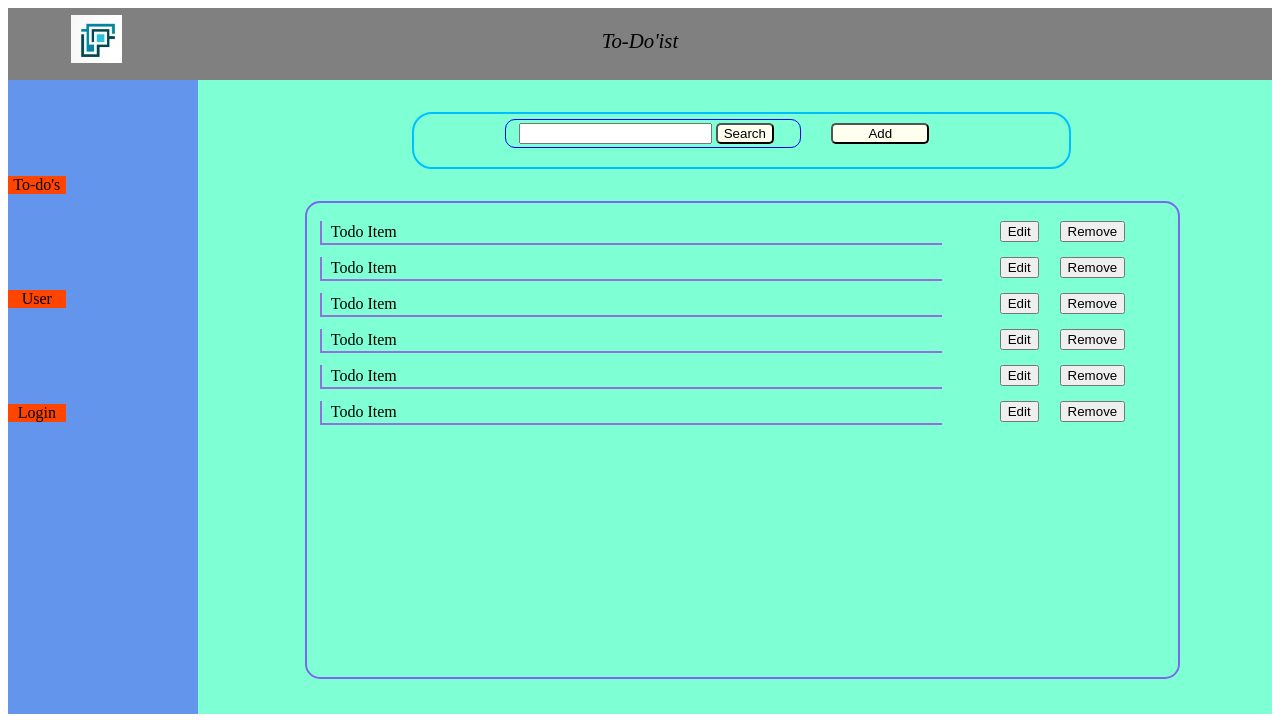
Repository: tavisca-pkadam/Todo-Website
Page: home.html
The author's editor kept a copy of each file at every save. The page is drawn from the files as they stood at one save, then again after a run of saves.
The browser window is 1280 px wide. The pictures show the whole page.

Above is the page before, as saved 2019-08-20 08:43:53.

### home.html
<!DOCTYPE html>
<html>
  <head>
    <meta charset="utf-8" />
    <meta http-equiv="X-UA-Compatible" content="IE=edge" />
    <title>Page Title</title>
    <meta name="viewport" content="width=device-width, initial-scale=1" />
    <link rel="stylesheet" type="text/css" media="screen" href="main.css" />

    <link rel="import" href="components/header.html" />

    <!-- <script src='main.js'></script> -->
  </head>
  <body>
    <div id="head" class="header">
      <img id="company_logo" src="src/logo.jpg" width="5%" />
      <p id="todo_header"><i>To-Do'ist</i></p>
    </div>


    <div id="side_nav">
      <div id="side_todo"  class="side_btn">
        To-do's
      </div>
      <div id="side_user" class="side_btn">
        User
      </div>
      <div id="side_login" class="side_btn">
        Login
      </div>
    </div>
    <div id="todo_content">
        <div id="todo_content_head">
            <div id="todo_content_search">
                <input type="text" style="padding-right:10px">
                <button class="search_button">Search</button>
            </div>
            <button id="todo_content_add" class="search_button">Add</button>
        </div>
        <div id="todo_list">
            <div class="todo_item">
                <div class="todo_detail">
                        Todo Item
                </div>
                <button class="todo_edit_btn">Edit</button>
                <button>Remove</button>
            </div>
            <div class="todo_item">
                <div class="todo_detail">
                        Todo Item
                </div>
                <button class="todo_edit_btn">Edit</button>
                <button>Remove</button>
            </div>
            <div class="todo_item">
                <div class="todo_detail">
                        Todo Item
                </div>
                <button class="todo_edit_btn">Edit</button>
                <button>Remove</button>
            </div>
            <div class="todo_item">
                <div class="todo_detail">
                        Todo Item
                </div>
                <button class="todo_edit_btn">Edit</button>
                <button>Remove</button>
            </div>
            <div class="todo_item">
                <div class="todo_detail">
                        Todo Item
                </div>
                <button class="todo_edit_btn">Edit</button>
                <button>Remove</button>
            </div>
            <div class="todo_item">
                <div class="todo_detail">
                        Todo Item
                </div>
                <button class="todo_edit_btn">Edit</button>
                <button>Remove</button>
            </div>
        </div>
    </div>
  </body>
</html>

### main.css
.header {
    background-color:gray;
    position: relative;
    width: 100%;
    height: 10vh;
}

#company_logo {
    position: absolute;
    left: 5%;
    width: 4%;
    margin-top: 1vh;
}

#todo_header {
    font-size: 1.3em;
    font-style: oblique;
    font-stretch: expanded;
    position: absolute;
    width: 100%;
    text-align: center;
    /* right: 45%; */
}

#side_nav {
    position: fixed;
    width: 15%;
    background-color: cornflowerblue;
    height: 88vh;
}

.side_btn {
    text-align: center;
    width: 30%;
    position: relative;
    background-color: orangered;
    margin-top: 50%;
    font-size:
}


#todo_content {
    position: relative;
    left: 15%;
    width:85%;
    background-color: aquamarine;
    height: 88vh;
}

#todo_content_head {
    border: 1px;
    position: relative;
    /* background-color: deepskyblue; */
    padding: 5px;
    width: 60%;
    height: 6vh;
    border-radius: 20px;
    left: 20%;
    top: 5%;

    border-width: 2px;
    border-style: solid;
    border-color: deepskyblue;
}

.search_button{
    text-align: center;
    background-color: ivory;
    border-radius: 5px;
}

#todo_content_search{
    position: absolute;
    /* background-color: darksalmon; */
    padding: 0.5%;
    margin-left:4%;
    padding-left: 2%;
    padding-right: 4%;
    left: 5vw;
    border-radius: 10px;
    border-width: 1px;
    border-style: solid;
    border-color: blue;

}
#todo_content_add {
    position: absolute;
    background-color: ivory;
    left: 30vw;
    /* top: 10px; */
    width: 15%;
    margin: 4px;
    margin-left: 5%;
}


#todo_list {
    /* background-color: mediumslateblue; */
    position: relative;
    width: 80%;
    left: 10%;
    top: 10%;
    height: 65vh;
    border-radius: 15px;
    padding:3px;
    padding-left: 8px;


    border-width: 2px;
    border-style: solid;
    border-color: mediumslateblue;
}

.todo_item{
    margin:5px;
    margin-top: 15px;
}

.todo_edit_btn{
    margin-left: 80%;
    margin-right: 2%;
}

.todo_detail{
    width: 70%;

    position: absolute;
    padding: 2px;
    padding-left: 1%;

    border-bottom: 6px solid;
    border-left: 6px solid;
    border-width: 2px;
    border-color: mediumpurple;
    }

After the next 2 saves:
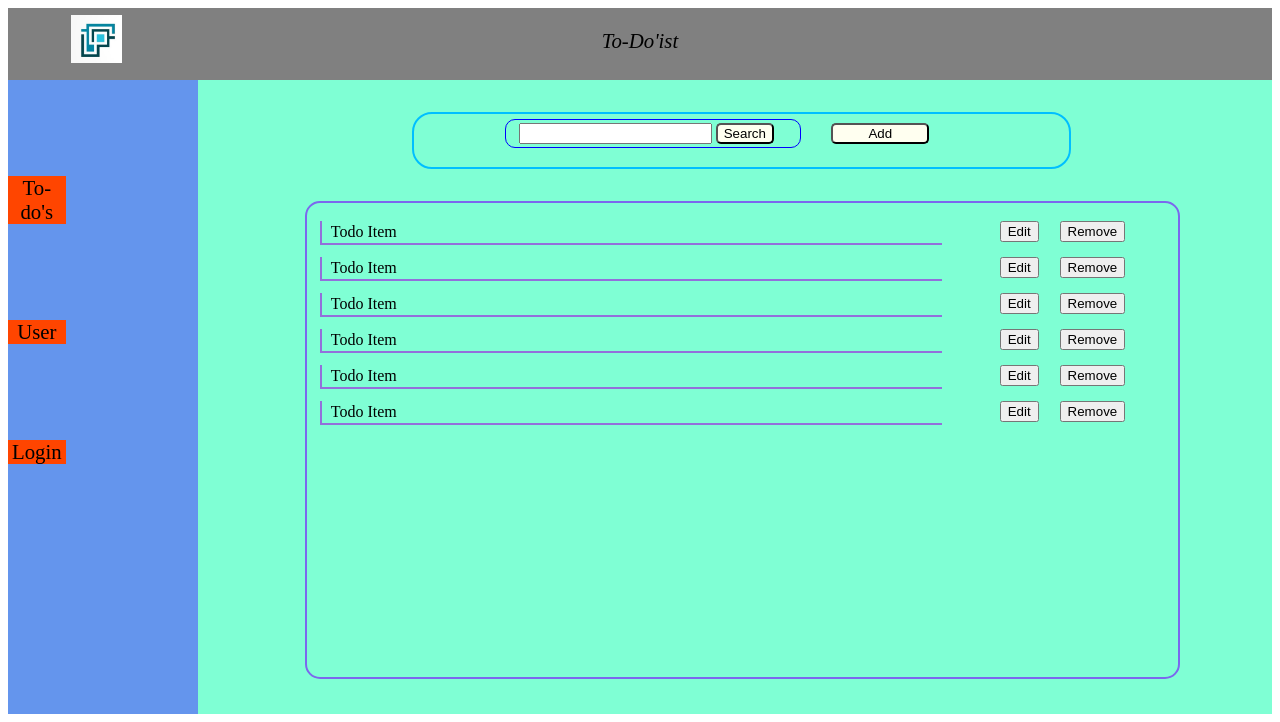
The 2 saves are shown as one change because they came seconds apart.
The last was saved 7 s later.
--- a/main.css
+++ b/main.css
@@ -35,7 +35,7 @@
     position: relative;
     background-color: orangered;
     margin-top: 50%;
-    font-size:
+    font-size: 1.3rem
 }
 
 
